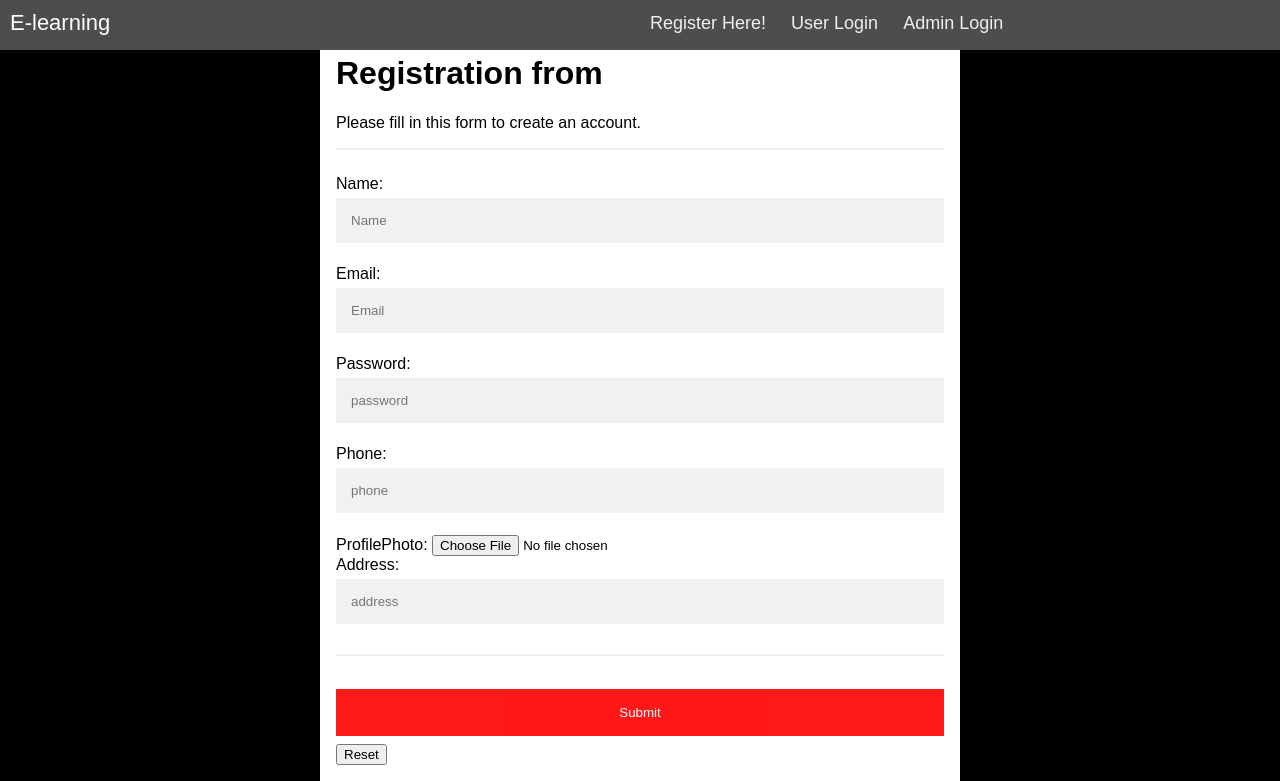
Repository: hemanthchallacs/learning_spring_boot
Page: http://localhost/RegistrationForm
An editor plug-in stored every save of this project. The page is shown before and after the next save, followed by the edit.
The browser window is 1280 px wide. The pictures show the whole page.
The page is this project's Thymeleaf template; nobody is signed in. The template is opened directly, without the code that normally fills it, so the values that code supplies are empty.

Above is the page before, as saved 2021-07-12 18:35:43.

### ver1_elearning/src/main/resources/templates/RegistrationForm.html
<!DOCTYPE html>
<html xmlns:th ="http://www.thymeleaf.org">
<head>
<meta charset="ISO-8859-1">
<title>Registration from</title>
<style>

* {
  box-sizing: border-box;
}

body {
  margin: 0px;
  font-family: 'segoe ui';
}

.nav {
  height: 50px;
  width: 100%;
  background-color: #4d4d4d;
  position: relative;
  position: fixed;
    width: 100%;
    top: 0;
}

.nav > .nav-header {
  display: inline;
}

.nav > .nav-header > .nav-title {
  display: inline-block;
  font-size: 22px;
  color: #fff;
  padding: 10px 10px 10px 10px;
}

.nav > .nav-btn {
  display: none;
}

.nav > .nav-links {
  display: inline;
  float: right;
  font-size: 18px;
  right:0;
}

.nav > .nav-links > a {
  display: inline-block;
  padding: 13px 10px 13px 10px;
  text-decoration: none;
  color: #efefef;
}

.nav > .nav-links > a:hover {
  background-color: rgba(0, 0, 0, 0.3);
}

.nav > #nav-check {
  display: none;
}

@media (max-width:600px) {
  .nav > .nav-btn {
    display: inline-block;
    position: absolute;
    right: 0px;
    top: 0px;
  }
  .nav > .nav-btn > label {
    display: inline-block;
    width: 50px;
    height: 50px;
    padding: 13px;
  }
  .nav > .nav-btn > label:hover,.nav  #nav-check:checked ~ .nav-btn > label {
    background-color: rgba(0, 0, 0, 0.3);
  }
  .nav > .nav-btn > label > span {
    display: block;
    width: 25px;
    height: 10px;
    border-top: 2px solid #eee;
  }
  .nav > .nav-links {
    position: absolute;
    display: block;
    width: 100%;
    background-color: #333;
    height: 0px;
    transition: all 0.3s ease-in;
    overflow-y: hidden;
    top: 50px;
    left: 0px;
  }
  .nav > .nav-links > a {
    display: block;
    width: 100%;
  }
  .nav > #nav-check:not(:checked) ~ .nav-links {
    height: 0px;
  }
  .nav > #nav-check:checked ~ .nav-links {
    height: calc(100vh - 50px);
    overflow-y: auto;
  }
}


div{

height:50%;
width:50%;
margin:auto;

}


body {
  font-family: Arial, Helvetica, sans-serif;
  background-color: black;
}

* {
  box-sizing: border-box;
}

/* Add padding to containers */
.container {
  padding: 16px;
  background-color: white;
}

/* Full-width input fields */
input[type=text], input[type=password] {
  width: 100%;
  padding: 15px;
  margin: 5px 0 22px 0;
  display: inline-block;
  border: none;
  background: #f1f1f1;
}

input[type=text]:focus, input[type=password]:focus {
  background-color: #ddd;
  outline: none;
}

/* Overwrite default styles of hr */
hr {
  border: 1px solid #f1f1f1;
  margin-bottom: 25px;
}

/* Set a style for the submit button */
.registerbtn {
  background-color: #04AA6D;
  color: white;
  padding: 16px 20px;
  margin: 8px 0;
  border: none;
  cursor: pointer;
  width: 100%;
  opacity: 0.9;
}

.registerbtn {
  background-color: red;
  color: white;
  padding: 16px 20px;
  margin: 8px 0;
  border: none;
  cursor: pointer;
  width: 100%;
  opacity: 0.9;
}

.resetbtn:hover {
  opacity: 1;
}


.registerbtn:hover {
  opacity: 1;
}

/* Add a blue text color to links */
a {
  color: dodgerblue;
}

/* Set a grey background color and center the text of the "sign in" section */
.signin {
  background-color: #f1f1f1;
  text-align: center;
}
</style>
</head>
<body>

<br>

<div class="nav" >

  <div class="nav-header">
    <div class="nav-title">
      E-learning
    </div>
  </div>
  <div class="nav-btn">
    <label for="nav-check">
      <span></span>
      <span></span>
      <span></span>
    </label>
  </div>

  <div class="nav-links">
   <a th:href=@{/RegistrationForm}>Register Here!</a>
	<a th:href=@{/login}>User Login</a>
	<a th:href=@{/adminlogin}>Admin Login</a>

  </div>
</div>





<form th:action=@{/registerUser}  th:object=${newuser}  method="post" enctype="multipart/form-data">
<!--  UserID:<input type="text" placeholder= "UserID" th:field=*{user_id}>-->
  <div class="container">
 <h1>Registration from</h1>
    <p>Please fill in this form to create an account.</p>
    <hr>
Name:<input type="text" placeholder= "Name" th:field=*{name}>
Email:<input type="text" placeholder= "Email" th:field=*{email}>
Password:<input type="password" placeholder= "password" th:field=*{password}>
Phone:<input type="text" placeholder= "phone" th:field=*{phone_no}>
ProfilePhoto:
<input type="file" accept="image/*"name="image">
<br>
Address:<input type="text" placeholder= "address" th:field=*{address}>
<hr>
<input  class="registerbtn" type="submit" name="Register">
<input class="resetbtn" type="reset" name= "Reset">
</div>


</form>


</body>
</html>

After the next save:
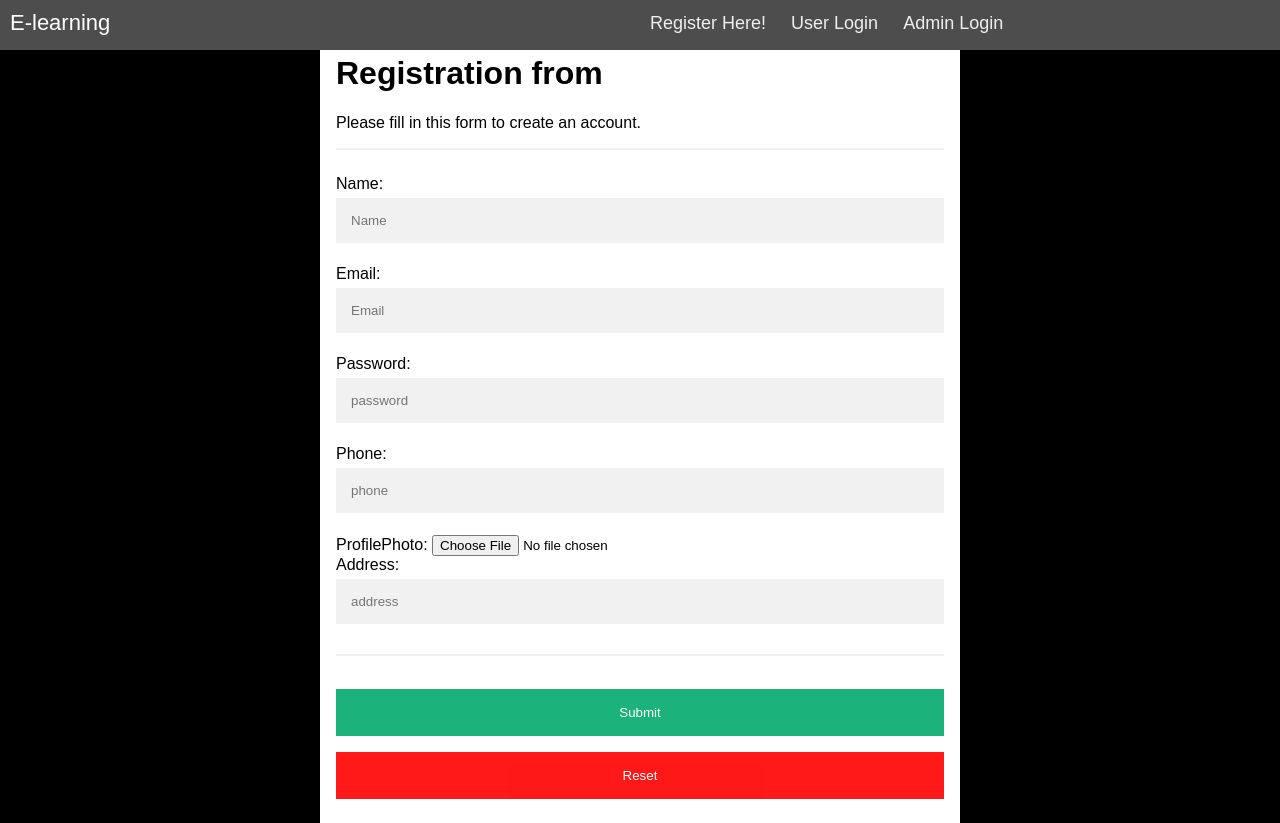
Saved 90 s later.
--- a/ver1_elearning/src/main/resources/templates/RegistrationForm.html
+++ b/ver1_elearning/src/main/resources/templates/RegistrationForm.html
@@ -165,7 +165,7 @@ hr {
   opacity: 0.9;
 }
 
-.registerbtn {
+.resetbtn {
   background-color: red;
   color: white;
   padding: 16px 20px;
